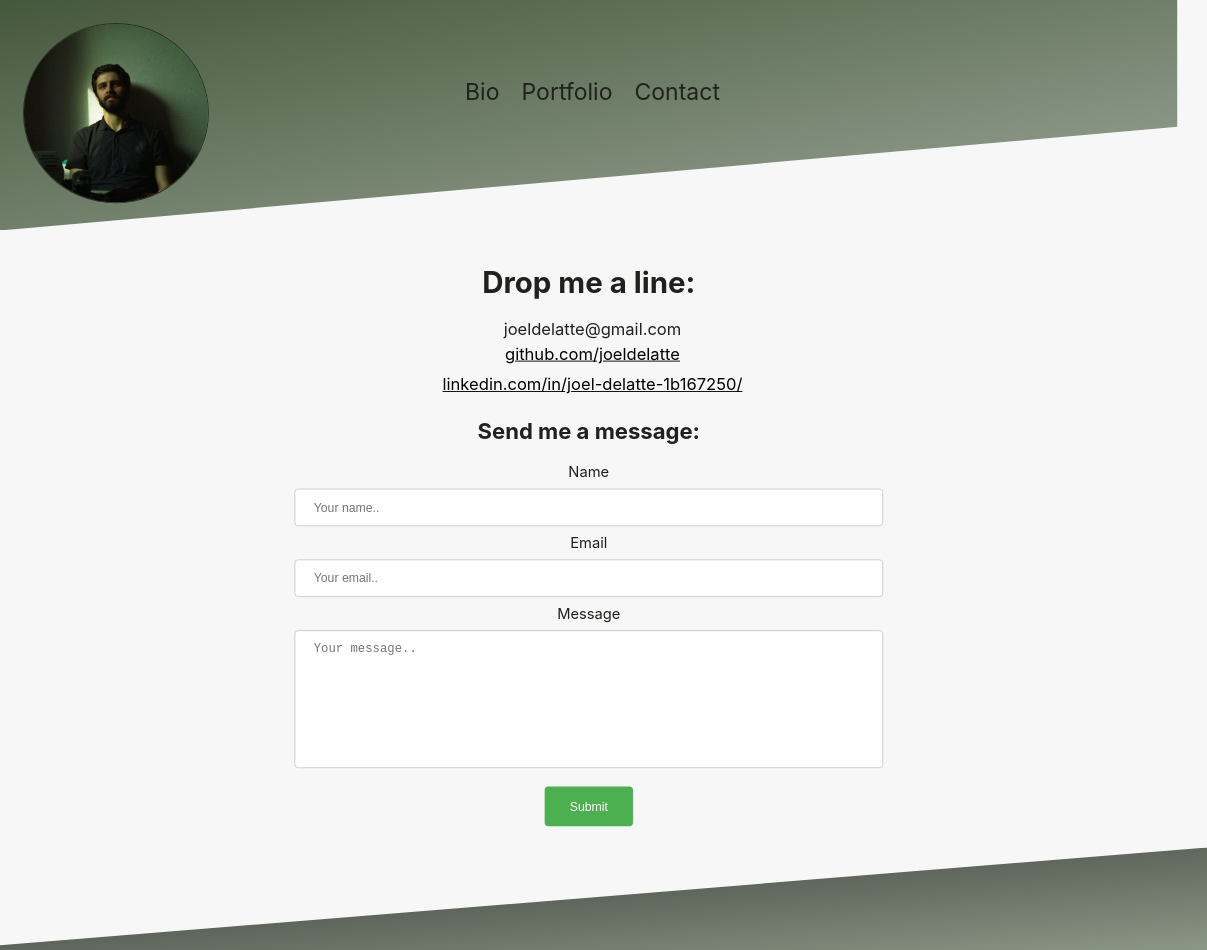
Repository: joeldelatte/react-portfolio
Page: /contact (app in client/)
The author's editor kept a copy of each file at every save. The page is drawn from the files as they stood at one save, then again after the next save.
The browser window is 1280 px wide. The page is 1312 px wide, so the pictures cover 1312 px, including what lies to the right of the window. The pictures show the whole page, at 92% of full size.
The project was rebuilt for these pictures with package versions that can differ from the ones it lists, and the page was loaded fresh each time. Also part of the build but not shown: client/src/App.css, client/src/Components/Bio/bio.css, client/src/Components/Bio/Bio.js, client/src/Components/Portfolio/portfolio.css, client/src/Components/Portfolio/Portfolio.js.

Above is the page before, as saved 2020-07-10 21:30:20.

After the next save:
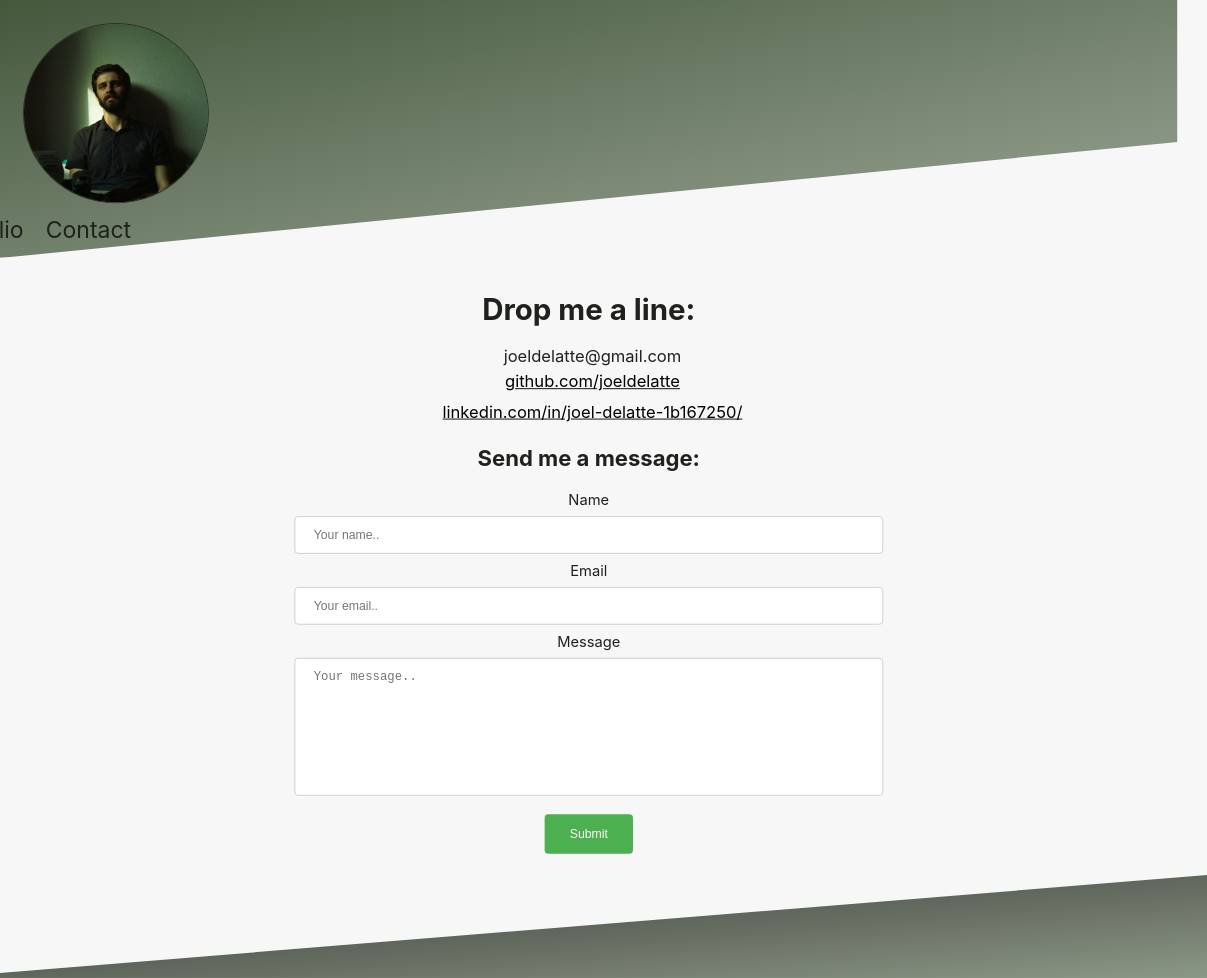
Saved 2 min 44 s later.
--- a/client/src/Page/Page.css
+++ b/client/src/Page/Page.css
@@ -3,10 +3,9 @@
   background-image: linear-gradient(to right bottom, rgba(68,88,60, 1), rgba(68,88,60, 0.501));
   background-size: cover;
   background-position: top;
-  position: relative;
   -webkit-clip-path: polygon(0 0, 100% 0, 100% 55%, 0 100%);
   clip-path: polygon(0 0, 100% 0, 100% 55%, 0 100%);
-  position: relative;
+  /* position: relative; */
 }
 
   .avatar {
@@ -19,9 +18,10 @@
     }
 
 .nav {
-    position: absolute;
+    /* position: absolute;
     top: 40%;
-    left: 50%;
+    left: 50%; */
+    margin: 0 auto;
     transform: translate(-50%, -50%);
     text-align: center;
 }
